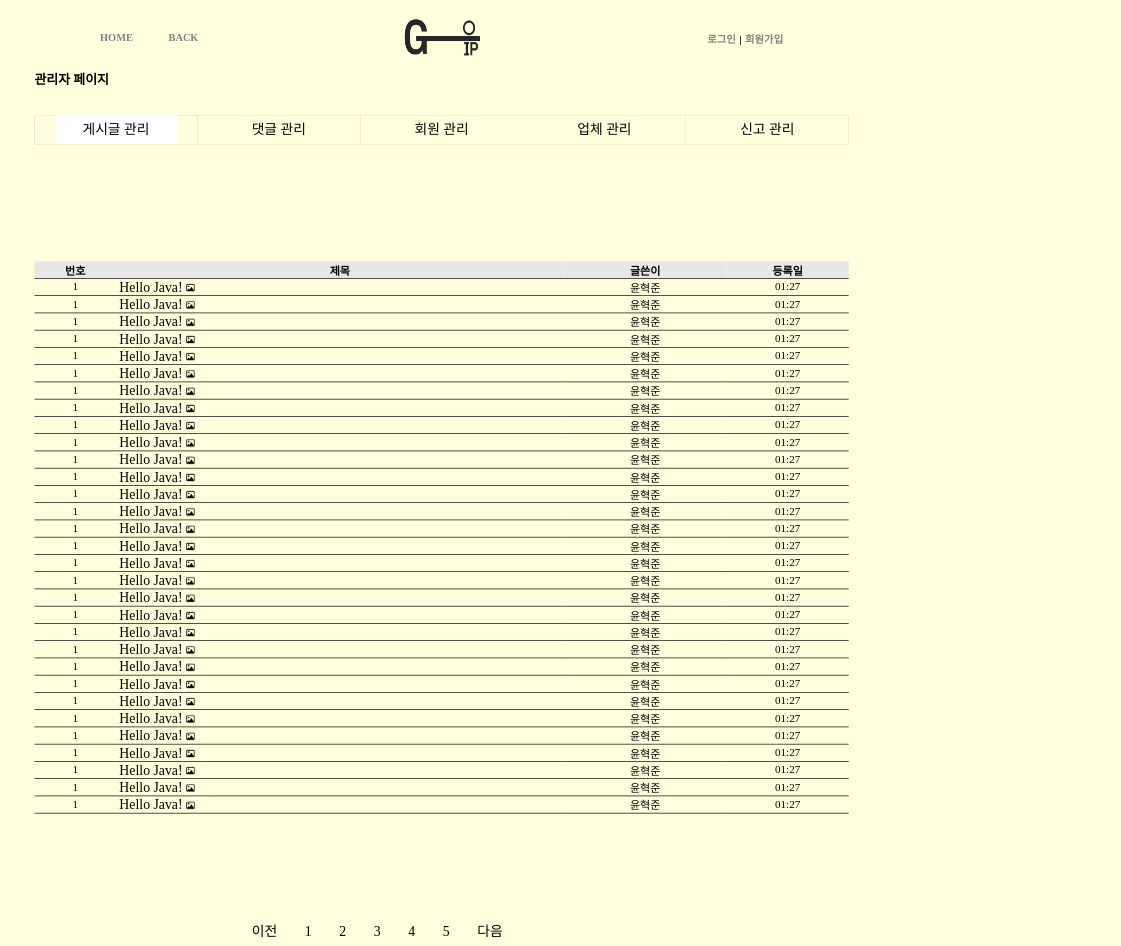
Repository: pauljerricho/MES
Page: http://localhost/SpringBoard/WEB-INF/views/admin.jsp
These files come from the project's save history. The page is drawn as it stood at one moment and after the next save; the edit follows.
The browser window is 1280 px wide. The page is 1625 px wide, so the pictures cover 1625 px, including what lies to the right of the window. The pictures show the whole page, at 69% of full size.
The page is served by Tomcat 9. Nobody is signed in. The template is opened directly, without the code that normally fills it, so the values that code supplies are empty.

Above is the page before, as saved 2022-03-14 01:53:21.

After the next save:
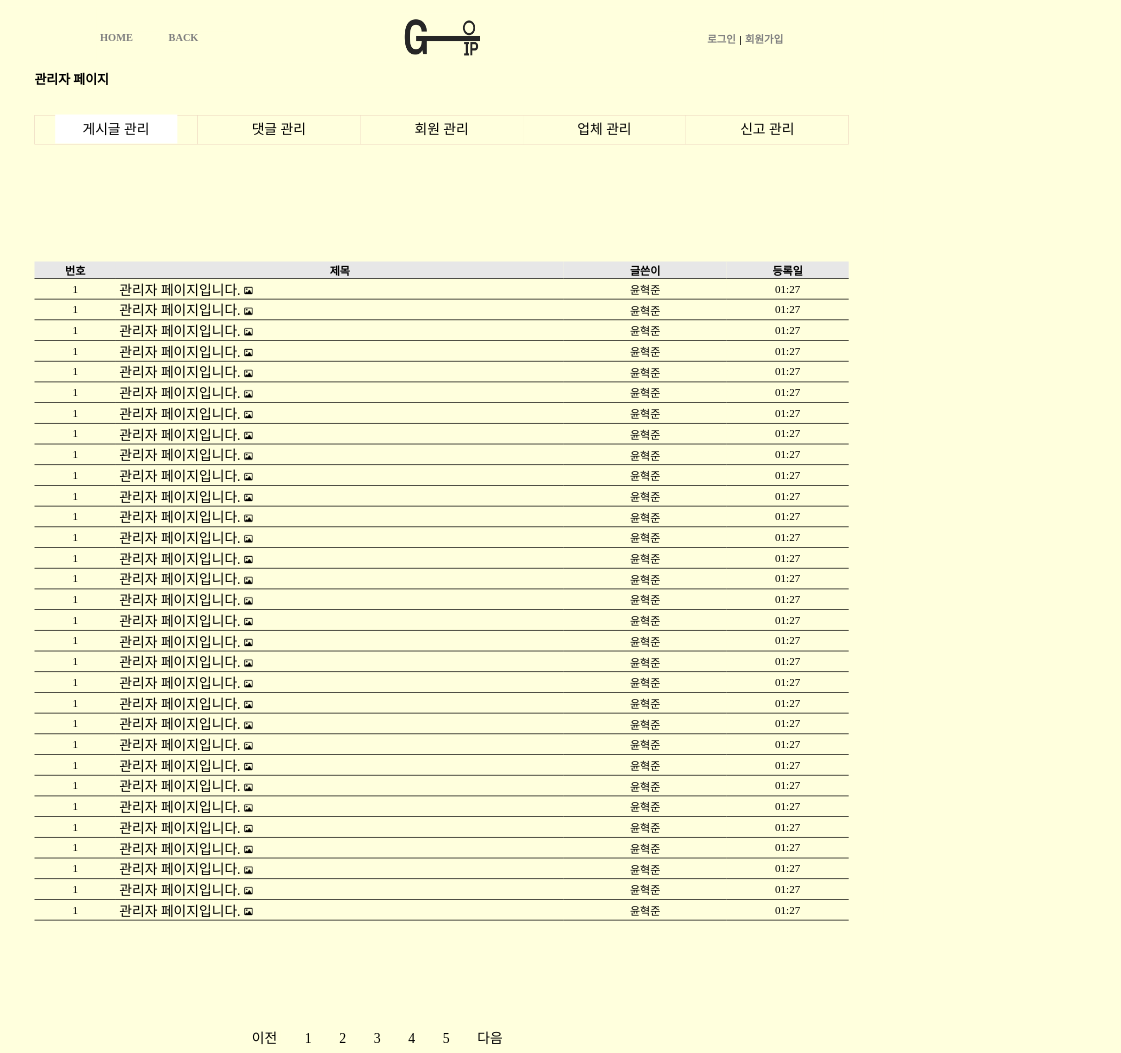
Saved 71 min 56 s later.
--- a/gozip/SpringBoard/src/main/webapp/WEB-INF/views/admin.jsp
+++ b/gozip/SpringBoard/src/main/webapp/WEB-INF/views/admin.jsp
@@ -131,7 +131,7 @@
 										<div class="text-wrap"></div>
 										<div>
 											<span con-icon board-img photo></span> <a class="title-link" href="report_page.do">
-										</div> Hello Java! <img src="/img/title_img.png"> </a>
+										</div> 관리자 페이지입니다. <img src="/img/title_img.png"> </a>
 									</td>
 									<td class="user"><span class="user">윤혁준</span></td>
 									<td class="date">01:27</td>
